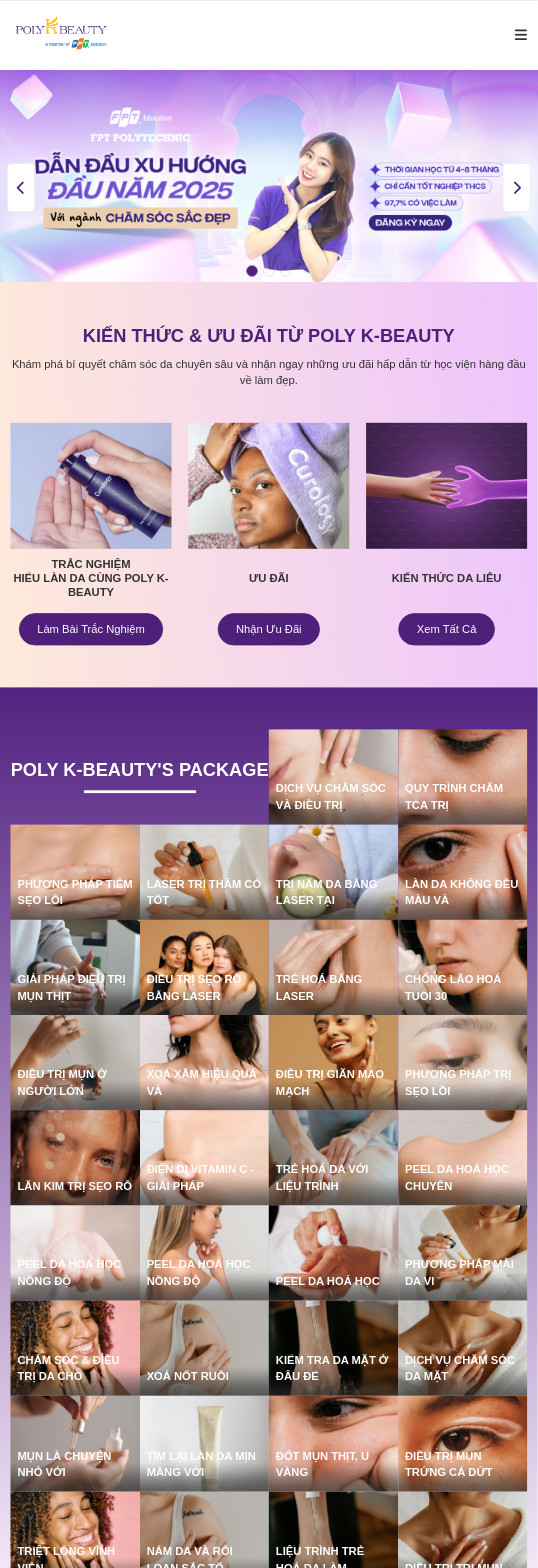
Repository: dinhtri123/k_beauty
Page: index.html
These files come from the project's save history. The page is drawn as it stood at one moment and after the next save; the edit follows.
The browser window is 768 px wide. The pictures show the part of the page from y = 0 to 2240 px (the page is 4293 px tall before and 4285 px after), at 70% of full size.
Some web fonts or font styles are not loaded; a fallback is used.

Above is the page before, as saved 2024-12-24 20:30:34.

After the next save:
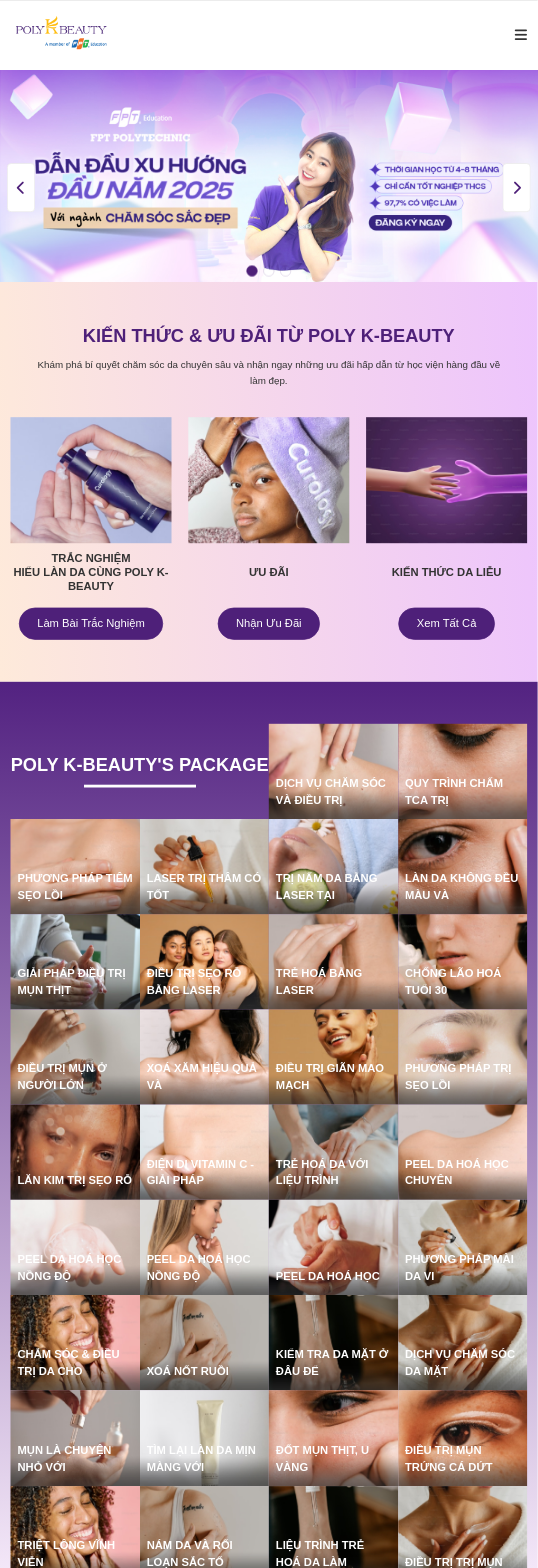
Saved 41 s later.
--- a/css/style.css
+++ b/css/style.css
@@ -588,6 +588,11 @@
   .befenit-inner > h2 {
     font-size: 26px;
   }
+  .befenit-inner > p {
+    font-size: 14px;
+    max-width: 90%;
+    margin: 0px auto 40px;
+  }
 }
 @media screen and (max-width: 767px) {
   .footer-wrapper {
